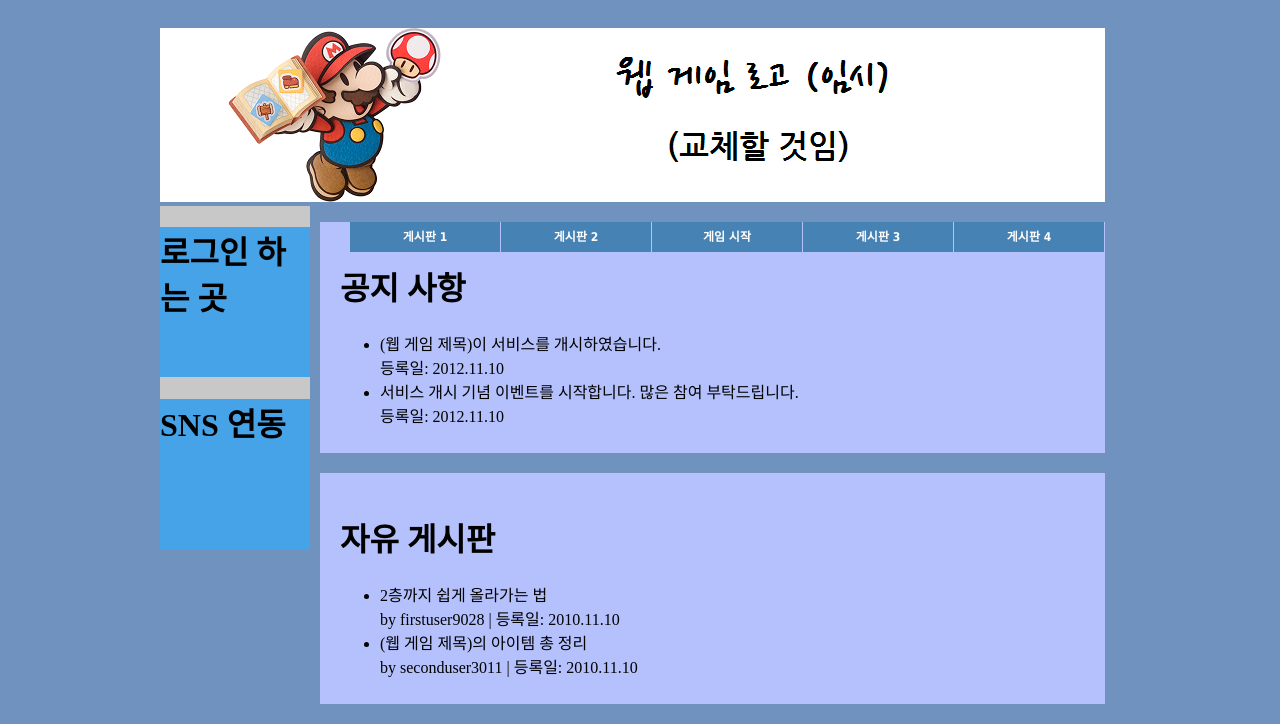
Repository: gunhe123/web_programing_project_Team_4
Page: web_game/WebContent/index.html
The author's editor kept a copy of each file at every save. The page is drawn from the files as they stood at one save, then again after the next save.
The browser window is 1280 px wide. The pictures show the whole page.

Above is the page before, as saved 2012-11-10 16:33:31.

### web_game/WebContent/index.html
<!DOCTYPE html>
<html lang="ko">
<head>
	<meta charset="utf-8">
	<title>Web Game</title>
	<link href="stylesheets/main.css" rel="stylesheet" type="text/css">
</head>
<body>
<div id="wrap">
	<div id="top_logo">
		<img src="images/mario.png" alt="Web Game Logo">
	</div>
	<div id="content">
		<div id="sidebar">
			<div id="login_box">
			<h1>로그인 하는 곳</h1>
			</div>
			<div id="sns">
			<h1>SNS 연동</h1>
			</div>
		</div>
		<div id="main_content">
			<div class="main_section" id="menubar">
				<ul>
					<li><a href="">게시판 1</a></li>
					<li><a href="">게시판 2</a></li>
					<li><a href="">게임 시작</a></li>
					<li><a href="">게시판 3</a></li>
					<li><a href="">게시판 4</a></li>
				</ul>
			</div>
			<div class="main_section" id="notice">
			<h1>공지 사항</h1>
			<ul>
				<li>
					<div class="article">
					(웹 게임 제목)이 서비스를 개시하였습니다.
					</div>
					<span class="date">등록일: 2012.11.10</span>
				</li>
				<li>
					<div class="article">
					서비스 개시 기념 이벤트를 시작합니다. 많은 참여 부탁드립니다.
					</div>
					<span class="date">등록일: 2012.11.10</span>
				</li>
			</ul>
			</div>
			<div class="main_section" id="free_board">
			<h1>자유 게시판</h1>
			<ul>
				<li>
					<div class="article">
					2층까지 쉽게 올라가는 법
					</div>
					<span class="author">by firstuser9028</span> |
					<span class="date">등록일: 2010.11.10</span>
				</li>
				<li>
					<div class="article">
					(웹 게임 제목)의 아이템 총 정리
					</div>
					<span class="author">by seconduser3011</span> |
					<span clss="date">등록일: 2010.11.10</span>
				</li>
			</ul>
			</div>
		</div>
	</div>
</div>
</body>
</html>

### web_game/WebContent/stylesheets/main.css
html{color:#000;
	background:rgb(112,146,190);
	padding:20px 0;
	}
#wrap{
	width: 960px;
	margin:0 auto;
}
#main_content{
	position:relative;
	float: left;
}

#sidebar{
	background:rgb(200,200,200);
	width: 150px;
	float: left;
}
#login_box{
	background-color:rgb(71,163,232);
	height: 150px;
}
#sns{
	background-color:rgb(71,163,232);
	height: 150px;
}
#menubar ul li{
	float: left;
	list-style: none;
	}
#menubar ul li a{
	color:#fff; background-color:#4682b4;

	display:block;
	width:120px;
	text-align:center;
	padding:0px 15px;
	font: bold 12px/30px Tahoma;
	text-decoration:none;
	margin-right:1px;
}
#notice{
	margin-left: 10px;
	margin-bottom: 20px;
	padding-top: 20px;
	padding-bottom:10px;
	padding-left: 20px;
	background-color:rgb(181,193,252);
	float: none;
}
#free_board{
	margin-left: 10px;
	padding-top: 20px;
	padding-bottom:10px;
	padding-left: 20px;
	background-color:rgb(181,193,252);
	float: none;
}

After the next save:
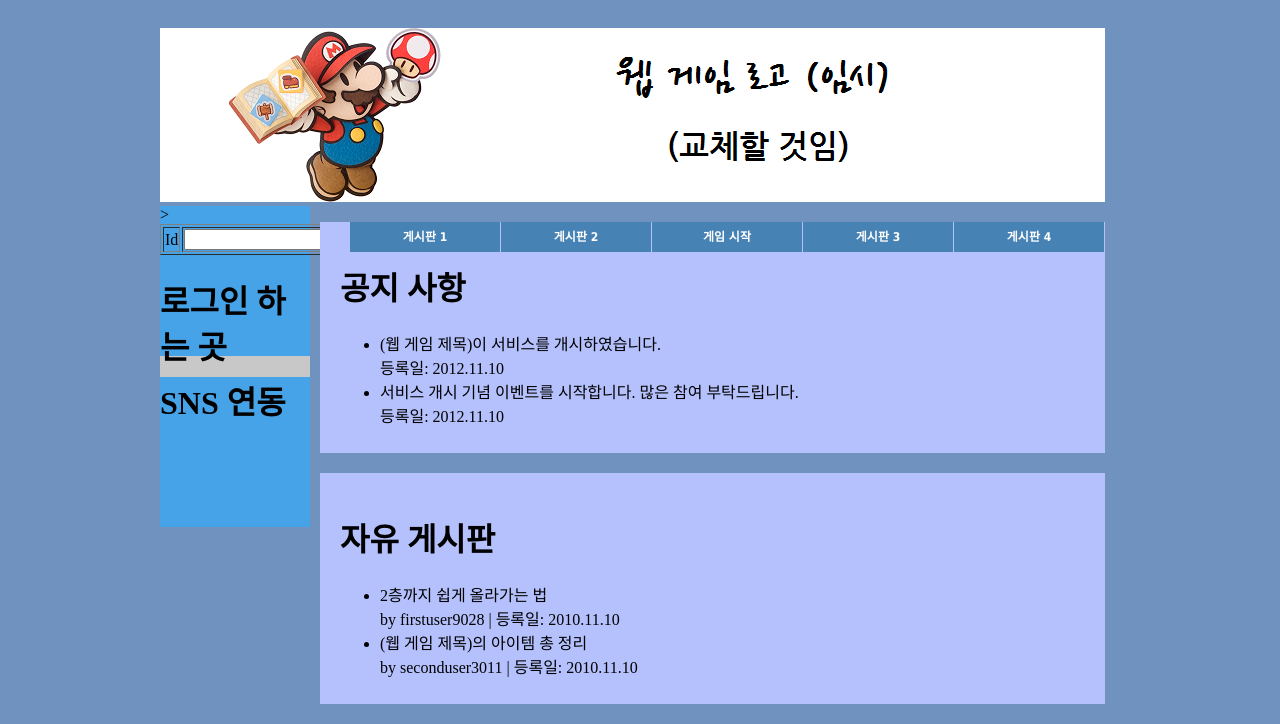
Saved 4 min 9 s later.
--- a/web_game/WebContent/index.html
+++ b/web_game/WebContent/index.html
@@ -13,6 +13,16 @@
 	<div id="content">
 		<div id="sidebar">
 			<div id="login_box">
+			<table border="1">
+				<tr>
+				<td>
+				Id
+				</td>
+				<td>
+				<input type="text">
+				</td>
+				</tr>>
+			</table>
 			<h1>로그인 하는 곳</h1>
 			</div>
 			<div id="sns">
